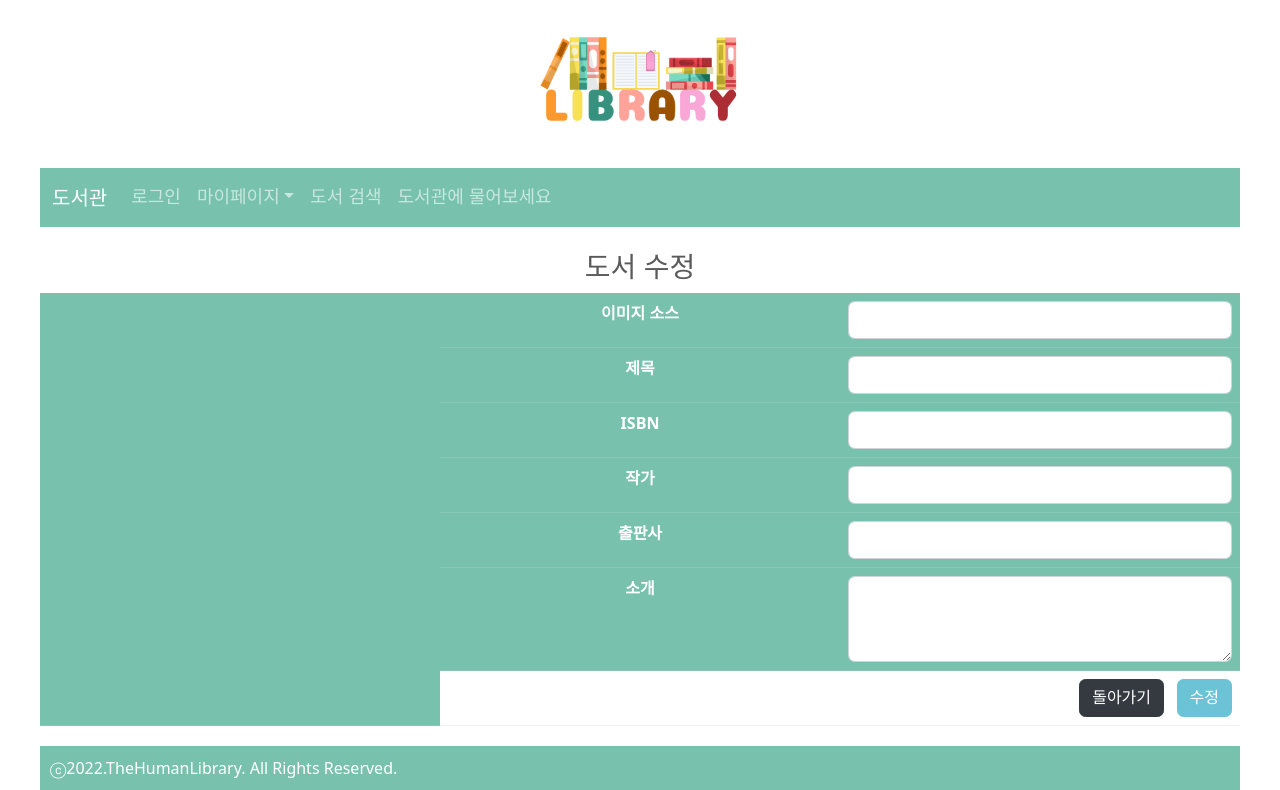
Repository: ahnbin00/Library
Page: http://localhost/BookRental/WEB-INF/book/manageBook.jsp
The author's editor kept a copy of each file at every save. The page is drawn from the files as they stood at one save, then again after the next save.
The browser window is 1280 px wide. The pictures show the whole page.
Some web fonts or font styles are not loaded; a fallback is used. Some web libraries are served in a nearby version. The page is served by Tomcat 9. Nobody is signed in. The template is opened directly, without the code that normally fills it, so the values that code supplies are empty.

Above is the page before, as saved 2022-12-22 07:34:51.

After the next save:
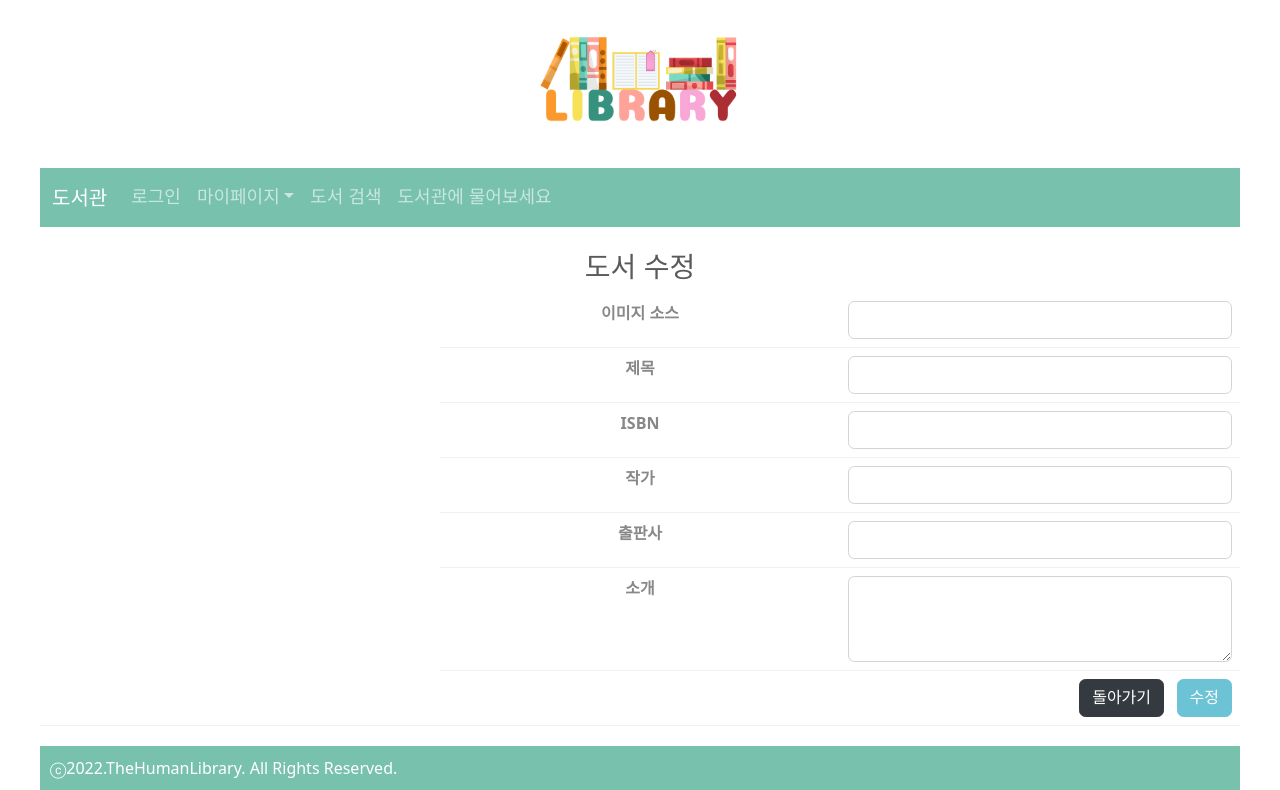
Saved 38 s later.
--- a/BookRental/src/main/webapp/WEB-INF/book/manageBook.jsp
+++ b/BookRental/src/main/webapp/WEB-INF/book/manageBook.jsp
@@ -26,29 +26,29 @@ th, td{
 	<h3>도서 수정</h3>
 	<form action="updateBook.do">
 	<input type="hidden" name="seq" value="${book.seq }">
-	<table class="table table-hover" style="width:1200px;">
-		<tr class="table-primary">
+	<table class="table" style="width:1200px;">
+		<tr>
 			<td rowspan="7" width="200px"><img src="${book.image }" height="320px"></td>
 			<th scope="row" width="100px">이미지 소스</th>
 			<td><input type="text" class="form-control" value="${book.image }" name="image"></td>
 		</tr>
-		<tr class="table-primary">
+		<tr>
 	      	<th scope="row">제목</th>
 	      	<td><input type="text" class="form-control" value="${book.title }" name="title"></td>
     	</tr>
-    	<tr class="table-primary">
+    	<tr>
 	      	<th scope="row">ISBN</th>
 	      	<td><input type="text" class="form-control" value="${book.isbn }" name="isbn"></td>
     	</tr>
-    	<tr class="table-primary">
+    	<tr>
     		<th scope="row">작가</th>
 	      	<td><input type="text" class="form-control" value="${book.writer }" name="writer"></td>
     	</tr>
-    	<tr class="table-primary">
+    	<tr>
     		<th scope="row">출판사</th>
 	      	<td><input type="text" class="form-control" value="${book.publisher }" name="publisher"></td>
     	</tr>
-    	<tr class="table-primary">
+    	<tr>
     		<th scope="row">소개</th>
 	      	<td><textarea class="form-control" id="exampleTextarea" rows="3" name="content">${book.content}</textarea></td>
     	</tr>
